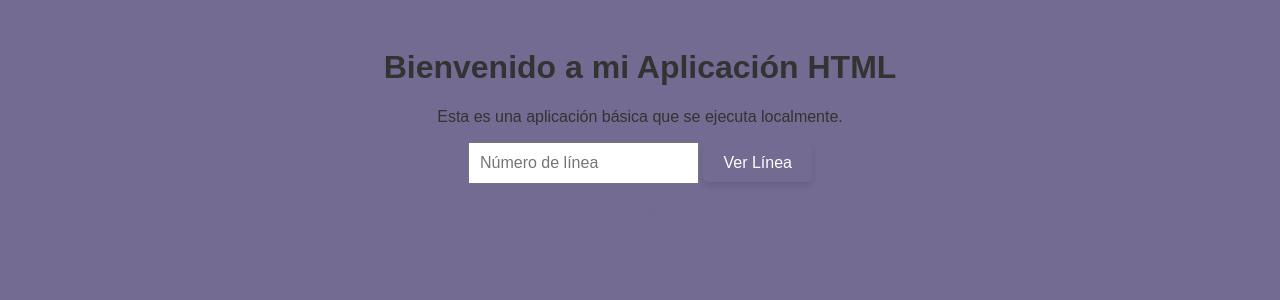
Repository: cflorido/Front_T3
Page: index.html
An editor plug-in stored every save of this project. The page is shown before and after the next save, followed by the edit.
The browser window is 1280 px wide. The pictures show the whole page.

Above is the page before, as saved 2024-10-22 18:52:44.

### index.html
<!DOCTYPE html>
<html lang="es">
<head>
    <meta charset="UTF-8">
    <meta name="viewport" content="width=device-width, initial-scale=1.0">
    <title>Mi Aplicación HTML Básica</title>
    <style>
        body {
            font-family: Arial, sans-serif;
            background-color: #736B92; /* Color de fondo */
            color: #333;
            text-align: center;
            padding: 20px;
        }
        button {
            padding: 10px 20px;
            font-size: 16px;
            cursor: pointer;
            background-color: #736B92; /* Color de fondo del botón */
            color: white; /* Color del texto */
            border: none; /* Sin borde */
            border-radius: 5px; /* Bordes redondeados */
            transition: background-color 0.3s; /* Efecto de transición */
            box-shadow: 0 4px 6px rgba(0, 0, 0, 0.1); /* Sombra */
        }
        button:hover {
            background-color: #7D5C65; /* Color más oscuro al pasar el mouse */
        }
        #contenido {
            margin-top: 20px;
            padding: 10px;
            border: 1px solid #7C90DB; /* Borde color */
            background-color: #fff; /* Fondo blanco */
            border-radius: 8px; /* Bordes redondeados */
            box-shadow: 0 2px 10px rgba(0, 0, 0, 0.2); /* Sombra */
            display: none; /* Oculto por defecto */
        }
        table {
            margin: 20px auto;
            border-collapse: collapse;
            width: 80%;
            border-radius: 8px; /* Bordes redondeados */
            overflow: hidden; /* Esconde bordes */
        }
        th, td {
            border: 1px solid #736B92; /* Borde de las celdas */
            padding: 10px;
            text-align: center;
            width: 14.28%; /* Para que se divida el espacio en 7 columnas */
        }
        th {
            background-color: #9593D9; /* Color de fondo del encabezado */
            color: white; /* Color del texto en el encabezado */
            font-weight: bold; /* Texto en negrita */
        }
        td {
            background-color: #E5BEED; /* Color de fondo de las celdas */
            transition: background-color 0.3s; /* Efecto de transición */
        }
        td.utilizado {
            background-color: #7C90DB; /* Color para las franjas utilizadas */
            color: white; /* Color del texto en las celdas utilizadas */
            font-weight: bold; /* Texto en negrita */
        }
        .footer {
            margin-top: 20px;
            font-size: 14px;
            color: #736B92; /* Color del texto del pie de página */
        }
    </style>
</head>
<body>
    <h1>Bienvenido a mi Aplicación HTML</h1>
    <p>Esta es una aplicación básica que se ejecuta localmente.</p>

    <input type="number" id="numeroLinea" placeholder="Número de línea" min="1" style="padding: 10px; font-size: 16px;">
    <button onclick="cargarLinea()">Ver Línea</button>

    <div id="contenido"></div>

    <div class="footer">
        <p>&copy; 2024 Mi Aplicación HTML. Todos los derechos reservados.</p>
    </div>

    <script>
        let lineas = []; // Array para almacenar las líneas del archivo

        // Función para cargar el contenido del archivo y dividirlo en líneas
        function cargarContenido() {
            fetch('data.txt')
                .then(response => {
                    if (!response.ok) {
                        throw new Error('Error al cargar el archivo: ' + response.statusText);
                    }
                    return response.text();
                })
                .then(data => {
                    lineas = data.split('\n'); // Divide el contenido en líneas
                })
                .catch(error => {
                    console.error(error);
                    alert('No se pudo cargar el contenido.');
                });
        }

        // Función para mostrar la línea seleccionada
        function cargarLinea() {
            const numeroLinea = document.getElementById("numeroLinea").value;
            const contenidoDiv = document.getElementById("contenido");

            // Verificar si el número de línea es válido
            if (numeroLinea > 0 && numeroLinea <= lineas.length) {
                const horario = JSON.parse(lineas[numeroLinea - 1]); // Parsear la línea como JSON
                mostrarHorario(horario); // Mostrar el horario en forma de tabla
                contenidoDiv.style.display = 'block'; // Muestra el div
            } else {
                alert('Número de línea no válido. Intenta de nuevo.');
            }
        }

        // Función para mostrar el horario en una tabla
        function mostrarHorario(horario) {
            const contenidoDiv = document.getElementById("contenido");
            contenidoDiv.innerHTML = ''; // Limpiar el contenido previo

            // Crear la tabla
            const tabla = document.createElement('table');
            const thead = document.createElement('thead');
            const tbody = document.createElement('tbody');

            // Crear encabezado de la tabla
            const encabezado = document.createElement('tr');
            const dias = ['Franja Horaria', 'Lunes', 'Martes', 'Miércoles', 'Jueves', 'Viernes', 'Sábado', 'Domingo'];
            dias.forEach(dia => {
                const th = document.createElement('th');
                th.textContent = dia;
                encabezado.appendChild(th);
            });
            thead.appendChild(encabezado);
            tabla.appendChild(thead);

            // Crear filas de horarios
            for (let i = 0; i < 12; i++) { // 12 franjas horarias
                const fila = document.createElement('tr');

                // Calcular la franja horaria
                const horaInicio = (i * 2) % 24;
                const horaFin = (horaInicio + 2) % 24;
                const franjaHoraria = `${horaInicio < 10 ? '0' : ''}${horaInicio}:00 - ${horaFin < 10 ? '0' : ''}${horaFin}:00`;

                // Añadir la franja horaria a la celda
                const celdaFranja = document.createElement('td');
                celdaFranja.textContent = franjaHoraria;
                fila.appendChild(celdaFranja);

                for (let j = 0; j < 7; j++) { // 7 días de la semana
                    const celda = document.createElement('td');
                    celda.textContent = horario[i * 7 + j]; // Calcular la posición en el array
                    if (horario[i * 7 + j] === 1) {
                        celda.classList.add('utilizado'); // Añadir clase si es utilizado
                    }
                    fila.appendChild(celda);
                }
                tbody.appendChild(fila);
            }

            tabla.appendChild(tbody);
            contenidoDiv.appendChild(tabla);
        }

        // Cargar el contenido del archivo al inicio
        cargarContenido();
    </script>
</body>
</html>

After the next save:
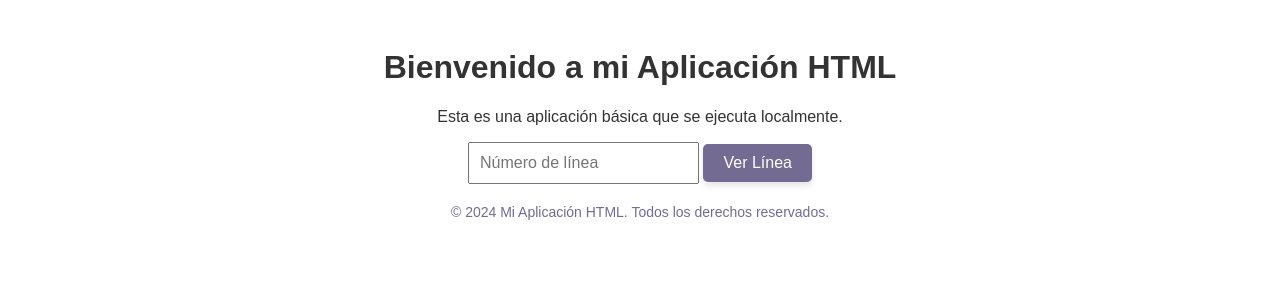
Saved 25 s later.
--- a/index.html
+++ b/index.html
@@ -7,7 +7,7 @@
     <style>
         body {
             font-family: Arial, sans-serif;
-            background-color: #736B92; /* Color de fondo */
+            background-color: #ffffff; /* Color de fondo */
             color: #333;
             text-align: center;
             padding: 20px;
